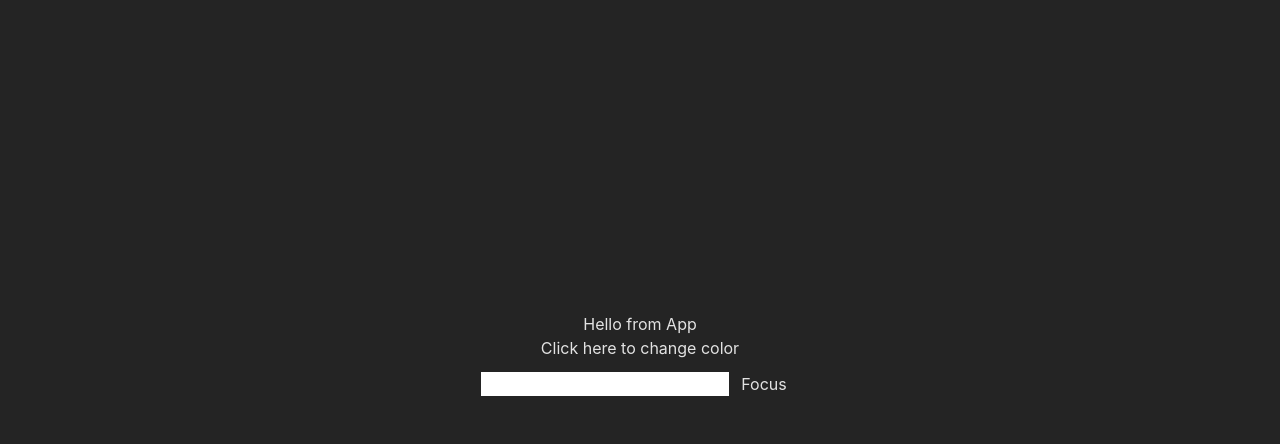
Repository: s-babaeizadeh/react-hooks-typescript
Page: / (app in useRefComp/)
The author's editor kept a copy of each file at every save. The page is drawn from the files as they stood at one save, then again after the next save.
The browser window is 1280 px wide. The pictures show the whole page.
The project was rebuilt for these pictures with package versions that can differ from the ones it lists, and the page was loaded fresh each time. Also part of the build but not shown: useRefComp/vite.config.ts.

Above is the page before, as saved 2024-11-28 20:52:16.

After the next save:
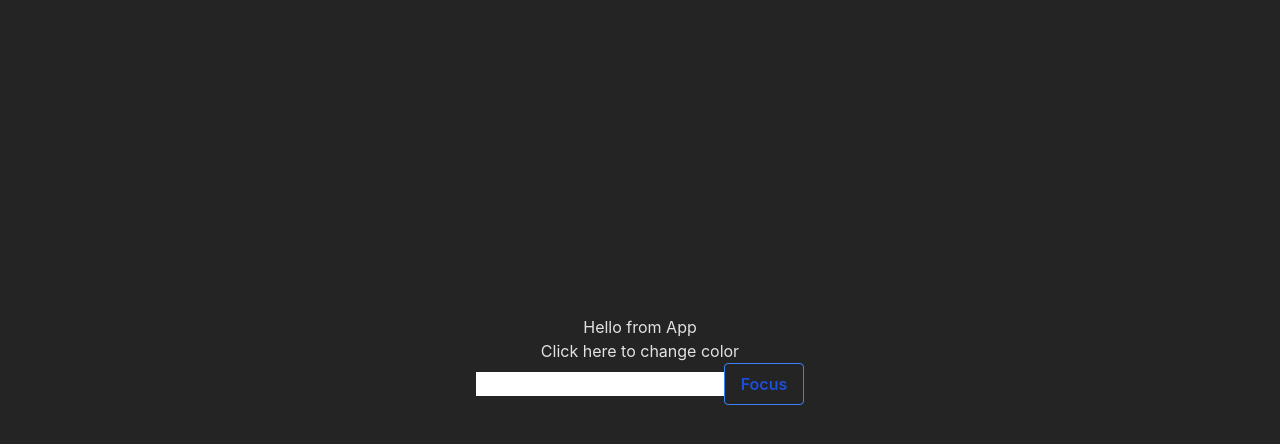
Saved 61 s later.
--- a/useRefComp/src/App.tsx
+++ b/useRefComp/src/App.tsx
@@ -35,7 +35,10 @@ const App = () => {
       <h1 ref={changeColorRef}>Hello from App</h1>
       <h2 onClick={handleClick}>Click here to change color</h2>
       <input type="text" onChange={handleChange} ref={inputRef} />
-      <button onClick={focusInput} className="p-3 border-spacing-2">
+      <button
+        onClick={focusInput}
+        className="p-3 bg-transparent hover:bg-blue-500 text-blue-700 font-semibold hover:text-white py-2 px-4 border border-blue-500 hover:border-transparent rounded"
+      >
         Focus
       </button>
       <h2>{text}</h2>
